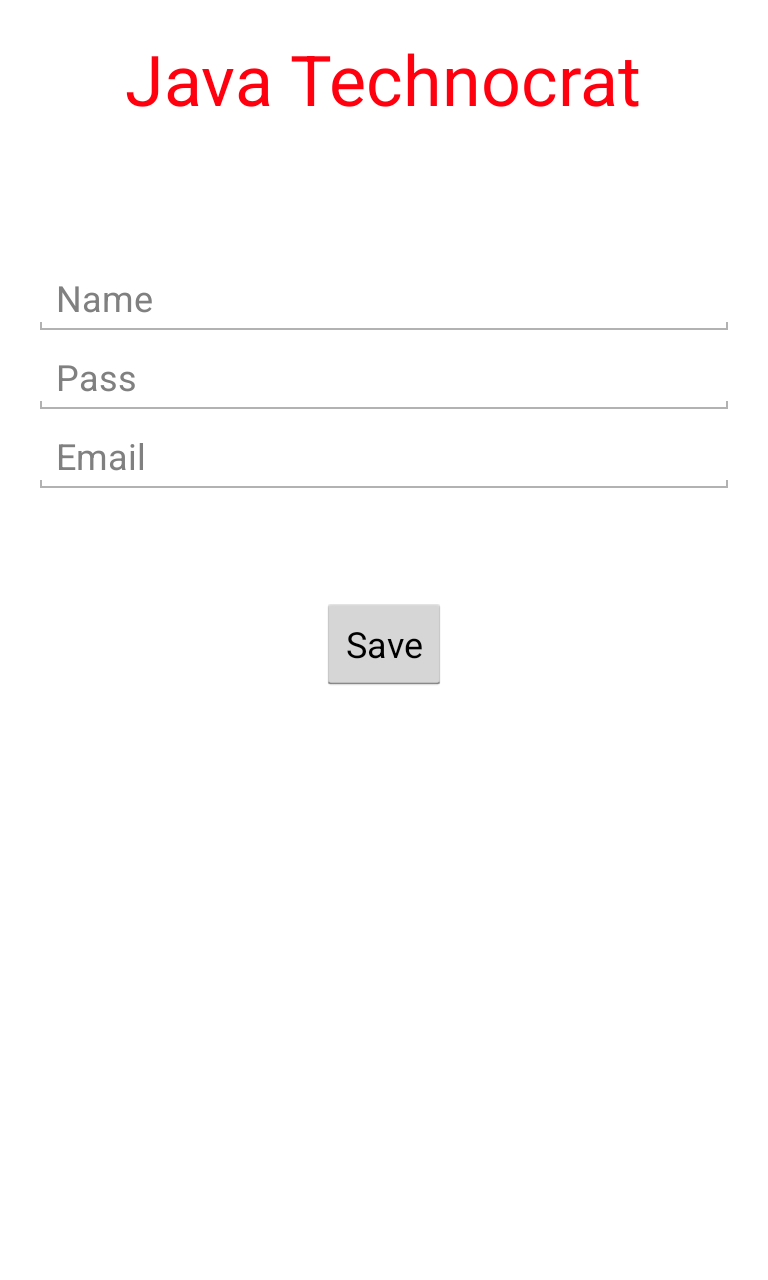
Repository: yashmoda/Android-Practice
Layout: SharedPreferenceDemo/res/layout/activity_main.xml
An editor plug-in stored every save of this project. The layout is shown before and after the next save, followed by the edit.
It is drawn on a 768 x 1280 px phone screen (xhdpi) without system bars, with theme AppTheme; the app's code is not run. The app's manifest (not shown) leaves right-to-left support off. So textAlignment, textDirection and layoutDirection are ignored, and left and right values win over start and end ones.

Above is the layout before, as saved 2017-06-15 05:02:58.

### SharedPreferenceDemo/res/layout/activity_main.xml
<RelativeLayout xmlns:android="http://schemas.android.com/apk/res/android"
    xmlns:tools="http://schemas.android.com/tools"
    android:layout_width="match_parent"
    android:layout_height="match_parent"
    android:paddingBottom="@dimen/activity_vertical_margin"
    android:paddingLeft="@dimen/activity_horizontal_margin"
    android:paddingRight="@dimen/activity_horizontal_margin"
    android:paddingTop="@dimen/activity_vertical_margin"
    tools:context="com.example.sharedpreferencedemo.MainActivity" >


   <TextView
      android:layout_width="wrap_content"
      android:layout_height="wrap_content"
      android:text="Java Technocrat"
      android:id="@+id/textView2"
      android:layout_below="@+id/textView"
      android:layout_centerHorizontal="true"
      android:textSize="35dp"
      android:textColor="#ff000f" />

   <EditText
      android:layout_width="wrap_content"
      android:layout_height="wrap_content"
      android:id="@+id/editText"
      android:layout_below="@+id/textView2"
      android:layout_marginTop="67dp"
      android:hint="Name"
      android:layout_alignParentRight="true"
      android:layout_alignParentEnd="true"
      android:layout_alignParentLeft="true"
      android:layout_alignParentStart="true" />

   <EditText
      android:layout_width="wrap_content"
      android:layout_height="wrap_content"
      android:id="@+id/editText2"
      android:layout_below="@+id/editText"
      android:layout_alignParentLeft="true"
      android:layout_alignParentStart="true"
      android:layout_alignParentRight="true"
      android:layout_alignParentEnd="true"
      android:hint="Pass" />

   <EditText
      android:layout_width="wrap_content"
      android:layout_height="wrap_content"
      android:id="@+id/editText3"
      android:layout_below="@+id/editText2"
      android:layout_alignParentLeft="true"
      android:layout_alignParentStart="true"
      android:layout_alignParentRight="true"
      android:layout_alignParentEnd="true"
      android:hint="Email" />

   <Button
      android:layout_width="wrap_content"
      android:layout_height="wrap_content"
      android:text="Save"
      android:id="@+id/button"
      android:layout_below="@+id/editText3"
      android:layout_centerHorizontal="true"
      android:layout_marginTop="50dp" />

</RelativeLayout>

Loaded but not shown: SharedPreferenceDemo/res/values/styles.xml (common file); SharedPreferenceDemo/res/values-v11/styles.xml (common file); SharedPreferenceDemo/res/values-v14/styles.xml (common file); SharedPreferenceDemo/res/values/dimens.xml (common file); SharedPreferenceDemo/res/values-w820dp/dimens.xml (common file)

After the next save:
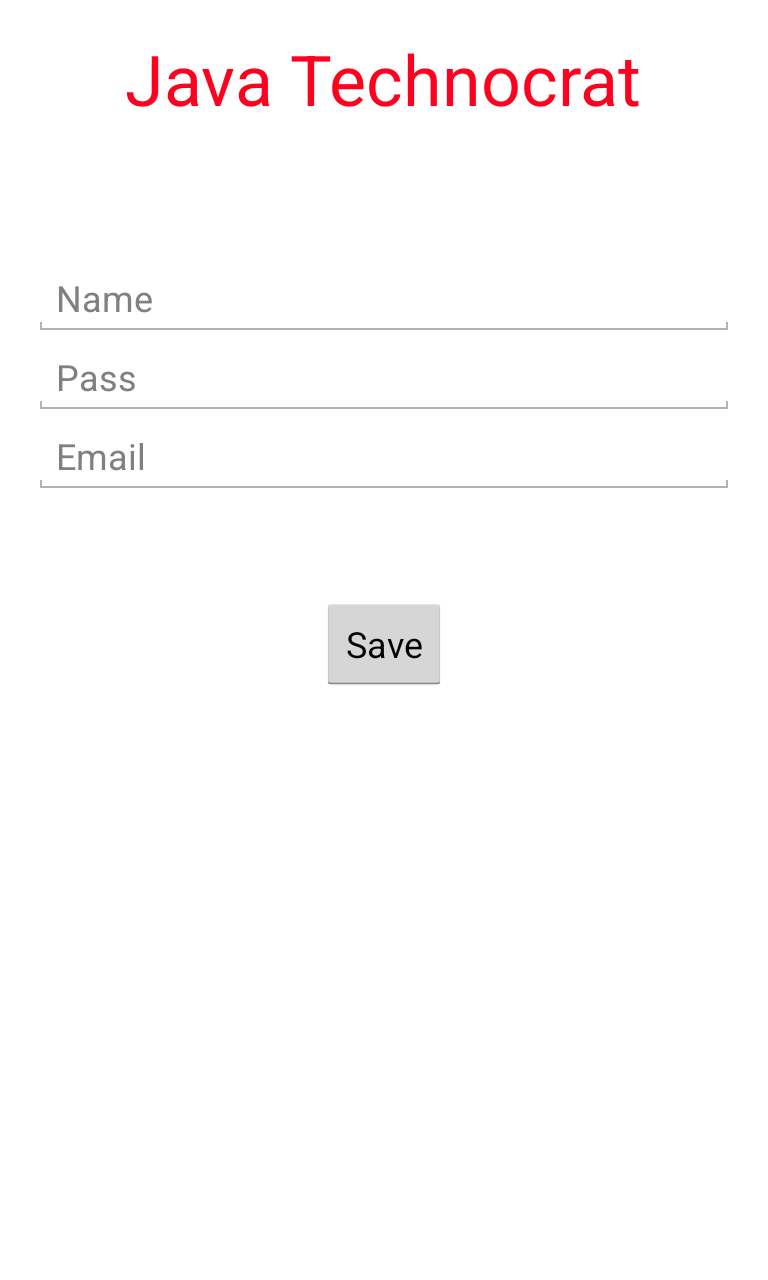
Saved 11 s later.
--- a/SharedPreferenceDemo/res/layout/activity_main.xml
+++ b/SharedPreferenceDemo/res/layout/activity_main.xml
@@ -17,7 +17,7 @@
       android:layout_below="@+id/textView"
       android:layout_centerHorizontal="true"
       android:textSize="35dp"
-      android:textColor="#ff000f" />
+      android:textColor="#ff001f" />
 
    <EditText
       android:layout_width="wrap_content"
